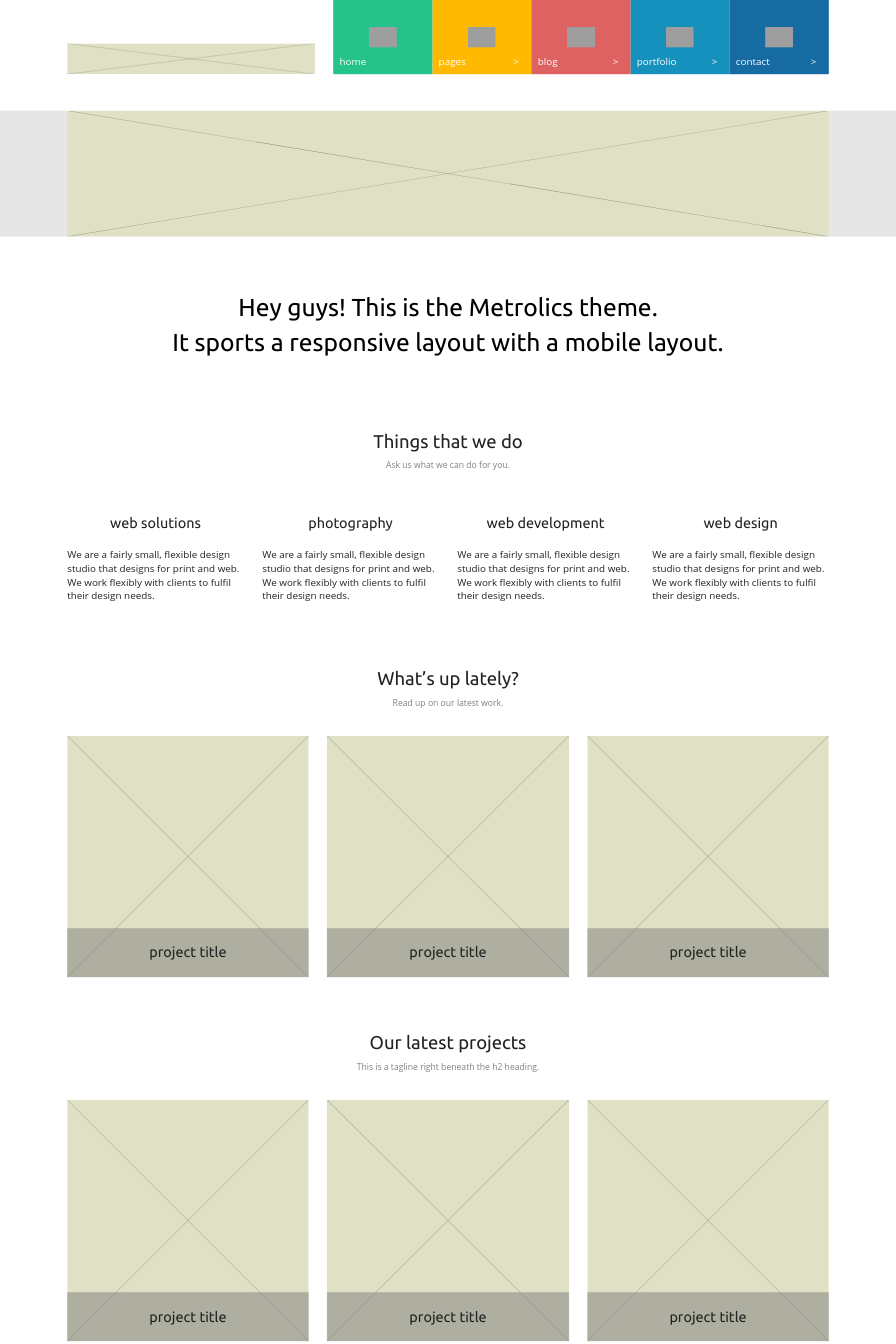
Repository: eilidhma/metrolics
Page: index.html
An editor plug-in stored every save of this project. The page is shown before and after the next save, followed by the edit.
The browser window is 1280 px wide. The pictures show the part of the page from y = 0 to 1920 px (the page is 3384 px tall), at 70% of full size.
Pictures or frames that could not be fetched are drawn as grey boxes.

Above is the page before, as saved 2021-02-03 22:17:05.

After the next save:
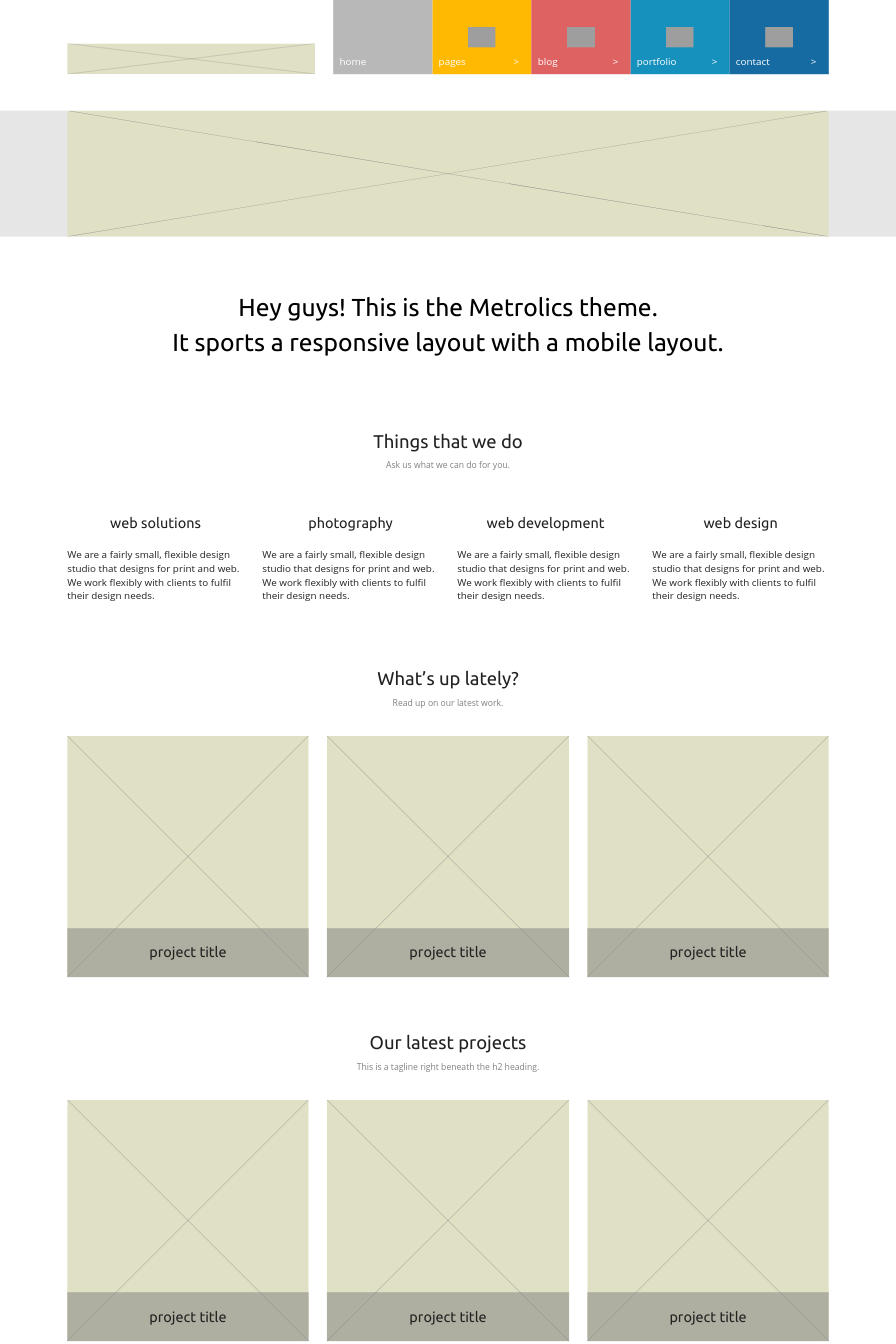
Saved 5 s later.
--- a/css/main.css
+++ b/css/main.css
@@ -422,6 +422,7 @@
   color: white;
 }
 
+.inverted
 
 
 /* main nav colours & icons */

After the 3 saves that followed:
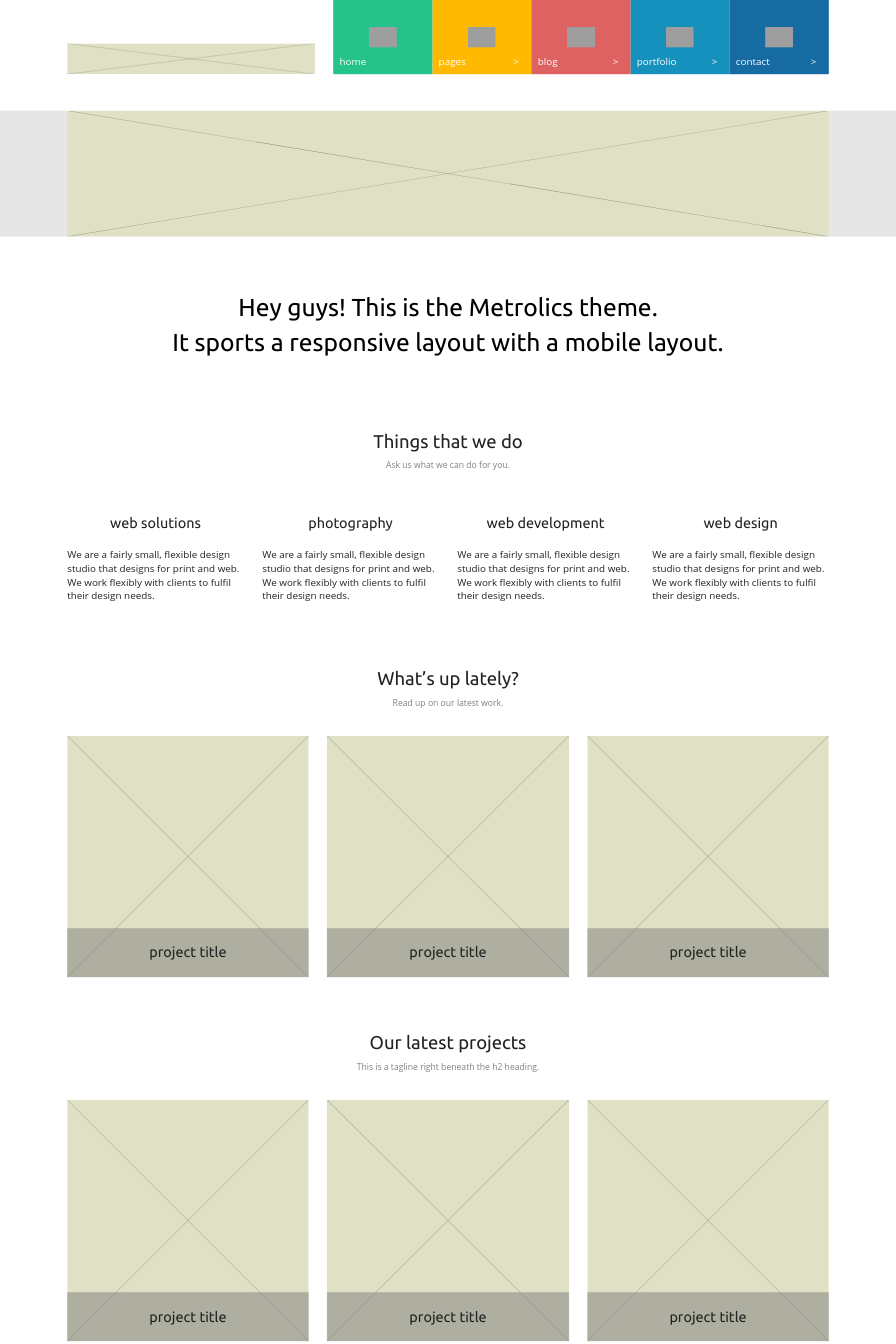
The 3 saves are shown as one change because they came seconds apart.
The last was saved 10 s later.
--- a/css/main.css
+++ b/css/main.css
@@ -422,7 +422,9 @@
   color: white;
 }
 
-.inverted
+.inverted input {
+  background-color: #de6262;
+}
 
 
 /* main nav colours & icons */
